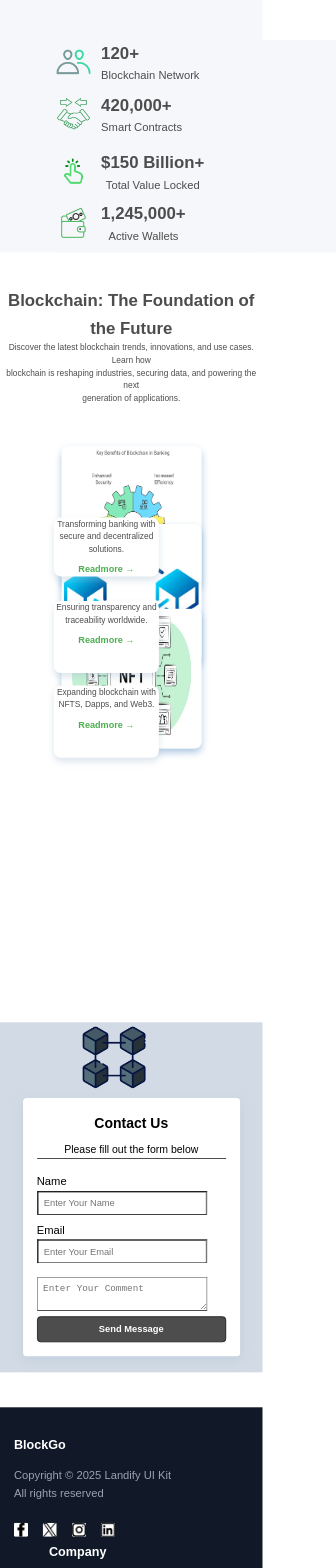
Repository: Tafsirul555/Assignment
Page: Assignment/index.html
The author's editor kept a copy of each file at every save. The page is drawn from the files as they stood at one save, then again after a run of saves.
The browser window is 375 px wide. The page is 480 px wide, so the pictures cover 480 px, including what lies to the right of the window. The pictures show the part of the page from y = 2338 to 4578 px (the page is 5110 px tall), at 70% of full size.

Above is the page before, as saved 2025-06-12 23:30:46.

After the next 3 saves:
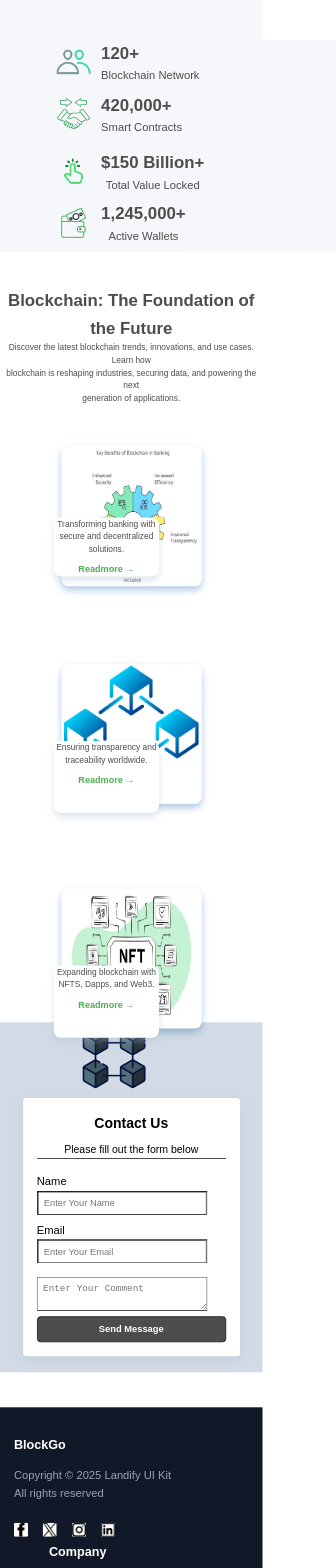
The 3 saves are shown as one change because they came seconds apart.
The last was saved 21 s later.
--- a/Assignment/Assignment1.css
+++ b/Assignment/Assignment1.css
@@ -497,6 +497,7 @@ article img{
     .BlockchainFuture-box3 {
         width: 100%;
         text-align: center;
+        margin-bottom: 200px;
     }
 
     .BlockchainFuture-box2 {
